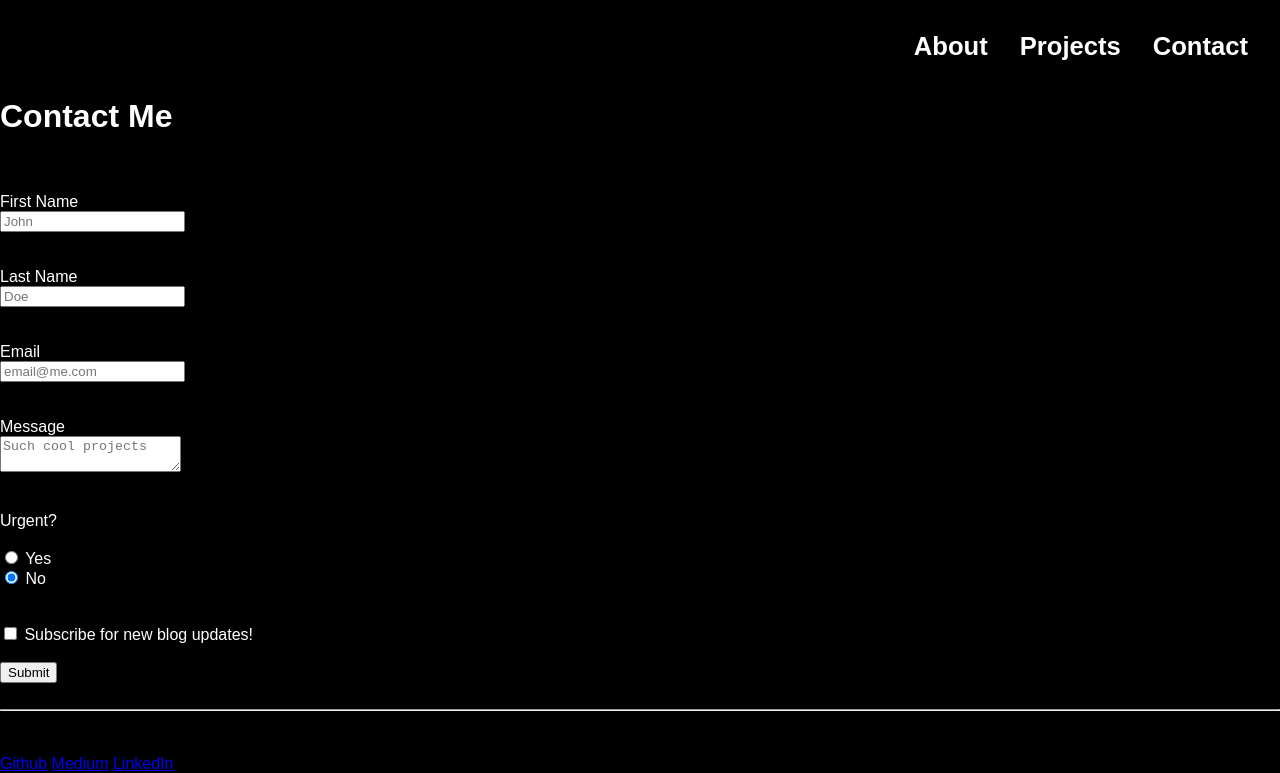
Repository: SamirIngley/html-semantic
Page: contact.html
The author's editor kept a copy of each file at every save. The page is drawn from the files as they stood at one save, then again after the next save.
The browser window is 1280 px wide. The pictures show the whole page.

Above is the page before, as saved 2020-01-28 17:23:07.

### contact.html
<!DOCTYPE html>
<html lang="en">
<head>
    <meta charset="UTF-8">
    <meta name="viewport" content="width=device-width, initial-scale=1.0">
    <meta http-equiv="X-UA-Compatible" content="ie=edge">
    <title>Contact</title>
    <link href="style.css" rel="stylesheet">
</head>
<body>
    <header>
        <nav>
            <ul>
                <li><a href="#">About</a></li>
                <li><a href="#">Projects</a></li>
                <li><a href="#">Contact</a></li>

                </ul>
        </nav>

    </header>


<h1>Contact Me</h1>
<br>
<br>

<form action="process.php" method="POST">
        <div>
            <label>First Name</label><br>
            <input type="text" name="firstName" placeholder="John">
        </div>
        <br>
        <br>

        <div>
            <label>Last Name</label><br>
            <input type="text" name="lastName" placeholder="Doe">
        </div>
        <br>
        <br>

        <div>
            <label>Email</label><br>
            <input type="email" name="email" placeholder="email@me.com">
        </div>
        <br>
        <br>
        <div>
            <label>Message</label><br>
            <textarea name="message" placeholder="Such cool projects"></textarea>
        </div>
        <br>
        <br>
        <div>

                Urgent?<br>
                <br>
            <label>
                <input type="radio" name="urgent" value="true">
                Yes
             </label><br>

                <label>
                     <input type="radio" name="urgent" value="false" checked>
                      No<br>
                </label>

        </div>
        <br>
        <br>
        <div>
            <label>
                <input type="checkbox" name="Subscribe for updates" value="subscribe"> Subscribe for new blog updates!<br>
            </label>
        </div>
        <br>
        <div>
            <input type="submit" name="submit" value="Submit">
        </div>
</form>
</body>
<br>
<hr>
<br>


<footer>
    <br>
    <a href="https://github.com/SamirIngley">Github</a>
    <a href="https://medium.com/@SamirIngle">Medium</a>
    <a href="https://www.linkedin.com/in/samiringle/">LinkedIn</a>
</footer>

</html>

### style.css
* {
    box-sizing: border-box;
}

body {
    margin: 0;
    background-color:black;
    color: white;
    font-family: Sans-serif;
  }

nav {
    background-color: rgba(215, 176, 251, 0);
    font-weight:bold;
  }


nav a {
    color: white;
    text-align: center;
    font-size: 2vw;
    text-decoration: none;
}
nav a:hover{
    color: lime;

}
nav a.active {
    background-color: orange;
    color: purple;
}


nav > ul {
    display: flex;
    justify-content: flex-end;
    list-style: none;
}

nav > ul > li {
    padding: 1em;
}

nav {
    padding: 0 1em;
}


<style>
body {
  margin: 0;
  font-family: Arial, Helvetica, sans-serif;
}

.topnav {
  overflow: hidden;
  background-color: #333;
}

.topnav a {
  float: left;
  color: #f2f2f2;
  text-align: center;
  padding: 14px 16px;
  text-decoration: none;
  font-size: 17px;
}

.topnav a:hover {
  background-color: #ddd;
  color: black;
}

.topnav a.active {
  background-color: #4CAF50;
  color: white;
}
</style>
</head>
<body>

After the next save:
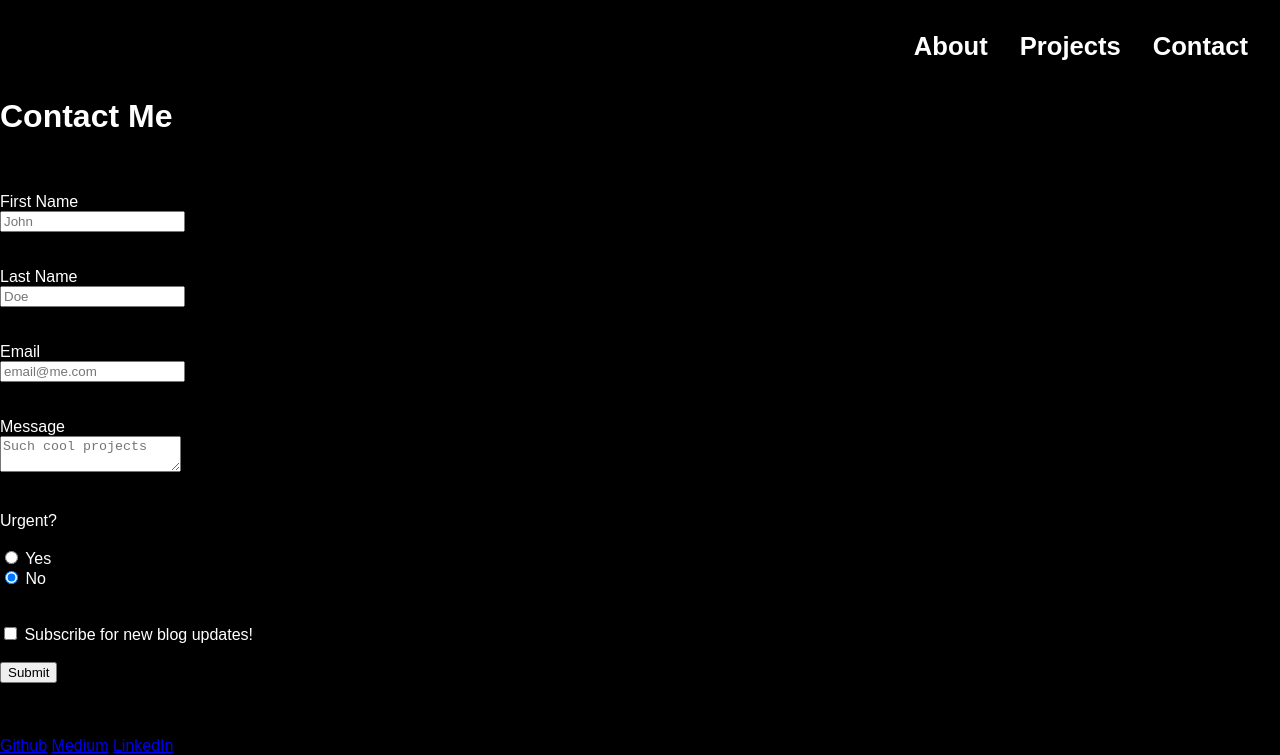
Saved 10 s later.
--- a/contact.html
+++ b/contact.html
@@ -81,7 +81,6 @@
 </form>
 </body>
 <br>
-<hr>
 <br>
 
 
